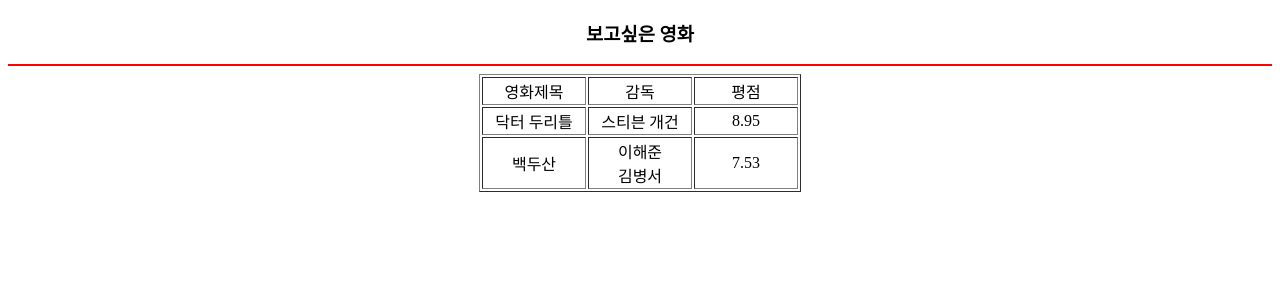
Repository: ujin2021/jsp_study
Page: jsp01/WebContent/table.html
An editor plug-in stored every save of this project. The page is shown before and after the next save, followed by the edit.
The browser window is 1280 px wide. The pictures show the whole page.

Above is the page before, as saved 2020-01-11 08:47:39.

### jsp01/WebContent/table.html
<!DOCTYPE html>
<html>
<head>
<meta charset="EUC-KR">
<title>Insert title here</title>
</head>
<body>
<center>
<h3>보고싶은 영화</h3>
<hr color="red">
</center>
<!-- 1.테두리를 만든다<table> -->
<!-- 2.행을 만든다 <tr> -->
<!-- 3.칸을 정의한다<td> -->
<!-- 한줄복사->ctrl+alt+화살표아래 -->
<table border="1" align="center">
	<tr align="center">
		<td width="100">영화제목</td>
		<td width="100">감독</td>
		<td width="100">평점</td>
	</tr>
	<tr align="center">
		<td width="100">닥터 두리틀</td>
		<td width="100">스티븐 개건</td>
		<td width="100">8.95</td>
	</tr>
	<tr align="center">
		<td width="100">백두산</td>
		<td width="100">이해준<br>김병서</td>
		<td width="100">7.53</td>
	</tr>
</table>
</body>
</html>

After the next save:
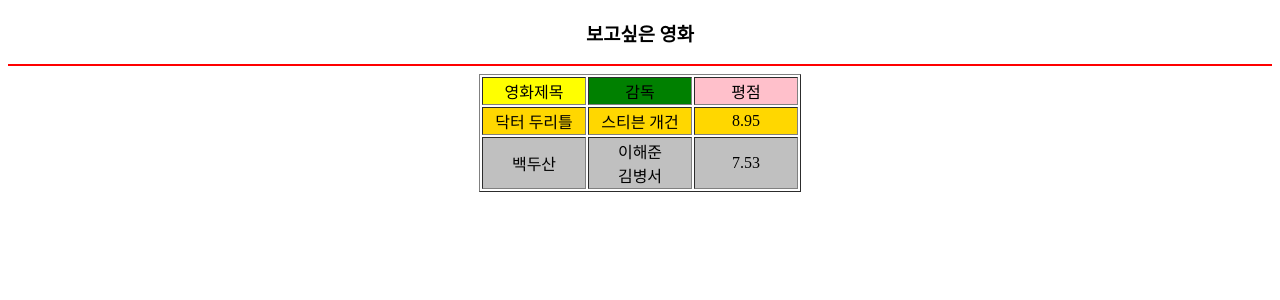
Saved 89 s later.
--- a/jsp01/WebContent/table.html
+++ b/jsp01/WebContent/table.html
@@ -15,16 +15,16 @@
 <!-- 한줄복사->ctrl+alt+화살표아래 -->
 <table border="1" align="center">
 	<tr align="center">
-		<td width="100">영화제목</td>
-		<td width="100">감독</td>
-		<td width="100">평점</td>
+		<td width="100" bgcolor="yellow">영화제목</td>
+		<td width="100" bgcolor="green">감독</td>
+		<td width="100" bgcolor="pink">평점</td>
 	</tr>
-	<tr align="center">
+	<tr align="center" bgcolor="gold">
 		<td width="100">닥터 두리틀</td>
 		<td width="100">스티븐 개건</td>
 		<td width="100">8.95</td>
 	</tr>
-	<tr align="center">
+	<tr align="center" bgcolor="silver">
 		<td width="100">백두산</td>
 		<td width="100">이해준<br>김병서</td>
 		<td width="100">7.53</td>
